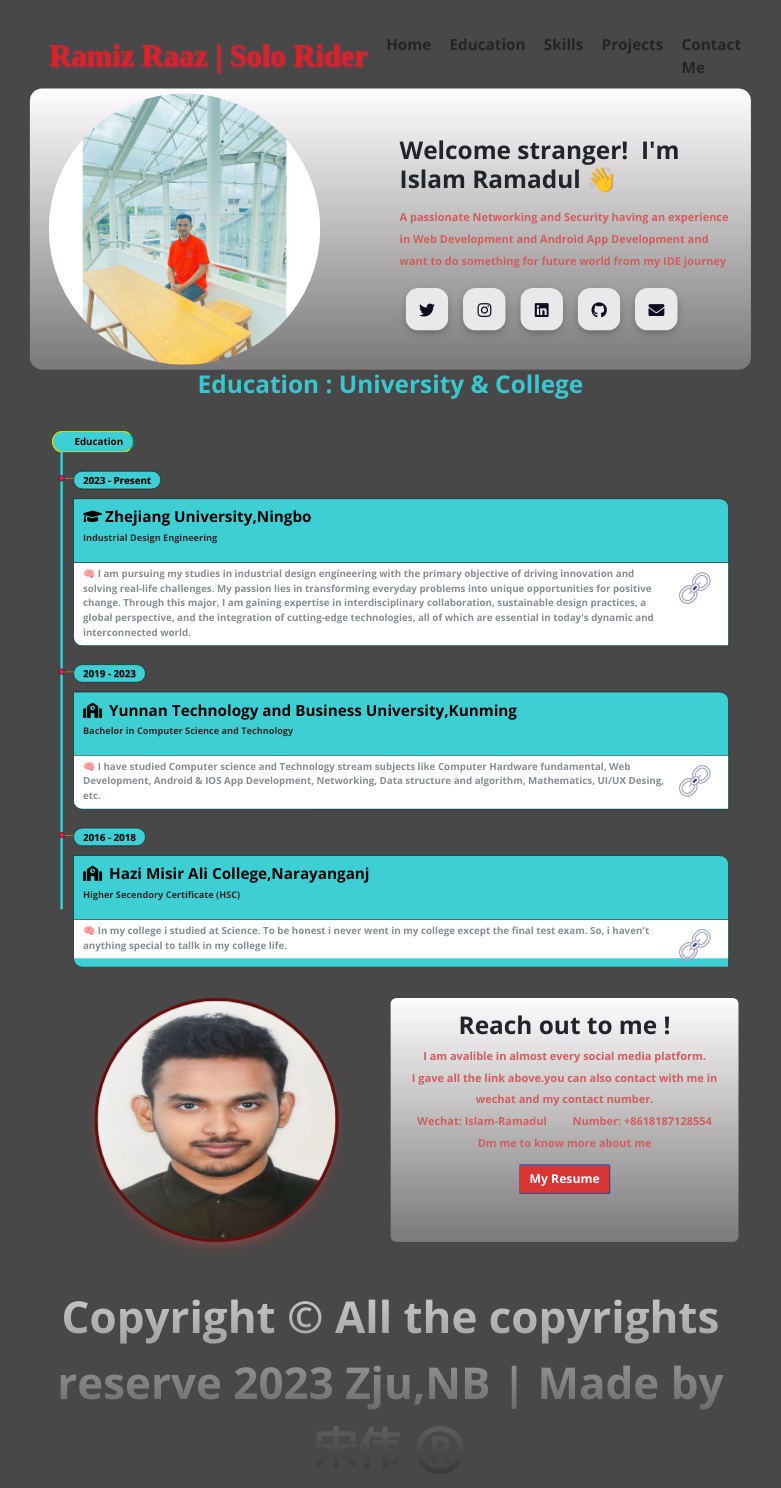
Repository: ramizraaz/ZjuProtfolio
Page: index.html
These files come from the project's save history. The page is drawn as it stood at one moment and after the next save; the edit follows.
The browser window is 1280 px wide. The pictures show the whole page, at 61% of full size.
Some web fonts or font styles are not loaded; a fallback is used. Some web libraries are served in a nearby version.

Above is the page before, as saved 2023-10-08 20:11:10.

### index.html
<!DOCTYPE html>
<html lang="en" dir="ltr">

<head>
    <meta charset="utf-8">
    <meta name="viewport" content="width=device-width,initial-scale=1">
    <title>宋伟's Profile | Personal website</title>
    <link rel="icon" href="Image/RR.png">
    <link rel="stylesheet" href="https://stackpath.bootstrapcdn.com/bootstrap/4.5.0/css/bootstrap.min.css" integrity="sha384-9aIt2nRpC12Uk9gS9baDl411NQApFmC26EwAOH8WgZl5MYYxFfc+NcPb1dKGj7Sk" crossorigin="anonymous">
    <link rel="stylesheet" href="style.css">
    <link href="https://fonts.googleapis.com/css2?family=Arizonia&family=Montserrat:wght@400;800&display=swap" rel="stylesheet">
    <link href="https://fonts.googleapis.com/css2?family=Open+Sans:wght@700&display=swap" rel="stylesheet">
    <link rel="stylesheet" href="https://use.fontawesome.com/releases/v5.4.1/css/all.css" />
    <link rel="stylesheet" href="https://cdnjs.cloudflare.com/ajax/libs/font-awesome/5.13.1/css/all.min.css">
    <script src="https://code.jquery.com/jquery-3.5.1.slim.min.js" integrity="sha384-DfXdz2htPH0lsSSs5nCTpuj/zy4C+OGpamoFVy38MVBnE+IbbVYUew+OrCXaRkfj" crossorigin="anonymous"></script>
    <script src="https://cdn.jsdelivr.net/npm/popper.js@1.16.0/dist/umd/popper.min.js" integrity="sha384-Q6E9RHvbIyZFJoft+2mJbHaEWldlvI9IOYy5n3zV9zzTtmI3UksdQRVvoxMfooAo" crossorigin="anonymous"></script>
    <script src="https://stackpath.bootstrapcdn.com/bootstrap/4.5.0/js/bootstrap.min.js" integrity="sha384-OgVRvuATP1z7JjHLkuOU7Xw704+h835Lr+6QL9UvYjZE3Ipu6Tp75j7Bh/kR0JKI" crossorigin="anonymous"></script>
</head>

<body class="container-fluid body_section">
    <header>
        <nav class="navbar navbar-expand-lg navbar-light ">
            <a class="navbar-brand brand-name" href="#">Ramiz Raaz | Solo Rider</a>
            <button class="navbar-toggler" type="button" data-toggle="collapse" data-target="#navbarSupportedContent" aria-controls="navbarSupportedContent" aria-expanded="false" aria-label="Toggle navigation">
                  <span class="navbar-toggler-icon"></span>
                </button>
            <div class="collapse navbar-collapse" id="navbarSupportedContent">
                <ul class="navbar-nav ml-auto">
                    <li class="nav-item">
                        <a class="nav-link headerachor" href="index.html">Home</a>
                    </li>

                    <li class="nav-item">
                        <a class="nav-link headerachor" href="#Education">Education</a>
                    </li>
                    <li class="nav-item">
                        <a class="nav-link headerachor" href="">Skills</a>
                    </li>
                    <li class="nav-item">
                        <a class="nav-link headerachor" href="">Projects</a>
                    </li>
                    <li class="nav-item">
                        <a class="nav-link headerachor" href="">Contact Me</a>
                    </li>
                </ul>
        </nav>
    </header>
    <!-- Intro Section -->
    <section id="Home">
        <div class="row column1">
            <div class="col-lg-6 col-md-6 first-image">
                <img class="boyimage" src="img/me.gif" alt="">
            </div>
            <div class="col-lg-6 section-1">
                <h1 class="Hello">Welcome stranger!&nbsp&nbspI'm Islam Ramadul <span class="wave">👋</span></h1>
                <p>A passionate Networking and Security having an experience in Web Development and Android App Development and want to do something for future world from my IDE journey</p>
                <div class=social_media_icon>
                    <a class="btn" href="https://twitter.com/ramiz_raaz" target=_blank>
                        <i class="fab fa-twitter"></i>
                    </a>
                    <a class="btn" href="https://www.instagram.com/ramiz_raaz/" target=_blank>
                        <i class="fab fa-instagram"></i>
                    </a>
                    <a class="btn" href="https://www.linkedin.com/" target=_blank>
                        <i class="fab fa-linkedin" aria-hidden="true"></i>
                    </a>
                    <a class="btn" href="https://github.com/ramizraaz" target=_blank>
                        <i class="fab fa-github"></i>
                    </a>
                    <a class="btn" href="mailto:romiz.romeo.raaz@gmail.com/" target=_blank>
                        <i class="fa fa-envelope"></i>
                    </a>
                </div>
            </div>
    </section>
    <!-- Education Section -->
    <section id="Education">
        <div class="container">
            <div class="Heading">
                <h1>Education : University & College</h1>
                <br>
            </div>
            <div class="timeline">
                <div class="timeline-month">
                    Education
                </div>
                <div class="timeline-section">
                    <div class="timeline-date">
                        2023 - Present
                    </div>
                    <div class="row">
                        <div class="col-lg">
                            <div class="timeline-box">
                                <div class="box-title">
                                    <i class="fas fa-graduation-cap" aria-hidden="true"></i>Zhejiang University,Ningbo
                                    <p class="degree">Industrial Design Engineering</p>
                                </div>
                                <div class="box-content">
                                    <a class="btn-sm  float-right" role="button" href="https://www.zju.edu.cn/english/" target=_blank><img src="img/BTN.png" alt="visit here"></a>
                                    <div class="box-item">🧠 I am pursuing my studies in industrial design engineering with the primary objective of driving innovation and solving real-life challenges. My passion lies in transforming everyday problems into unique opportunities
                                        for positive change. Through this major, I am gaining expertise in interdisciplinary collaboration, sustainable design practices, a global perspective, and the integration of cutting-edge technologies, all of which
                                        are essential in today's dynamic and interconnected world.</div>
                                </div>
                            </div>
                        </div>
                    </div>
                </div>

                <div class="timeline-section">
                    <div class="timeline-date">
                        2019 - 2023
                    </div>
                    <div class="row">
                        <div class="col-lg">
                            <div class="timeline-box">
                                <div class="box-title">
                                    <i class="fas fa-school" aria-hidden="true"></i> Yunnan Technology and Business University,Kunming
                                    <p class="degree">Bachelor in Computer Science and Technology</p>
                                </div>
                                <div class="box-content">
                                    <a class="btn-sm  float-right" role="button" href="https://www.ytbu.edu.cn/" target=_blank><img src="img/BTN.png" alt="visit here"></a>
                                    <div class="box-item ">🧠 I have studied Computer science and Technology stream subjects like Computer Hardware fundamental, Web Development, Android & IOS App Development, Networking, Data structure and algorithm, Mathematics, UI/UX Desing,
                                        etc.
                                    </div>

                                </div>
                            </div>
                        </div>
                    </div>
                </div>

                <div class="timeline-section ">
                    <div class="timeline-date ">
                        2016 - 2018
                    </div>
                    <div class="row ">
                        <div class="col-lg ">
                            <div class="timeline-box ">
                                <div class="box-title ">
                                    <i class="fas fa-school " aria-hidden="true "></i> Hazi Misir Ali College,Narayanganj
                                    <p class="degree "> Higher Secendory Certificate (HSC)</p>
                                </div>
                                <div class="box-content ">
                                    <a class="btn-sm float-right " role="button" href="http://hmuc.edu.bd/" target=_blank><img src="img/BTN.png" alt="visit here"></a>
                                    <div class="box-item ">🧠 In my college i studied at Science. To be honest i never went in my college except the final test exam. So, i haven't anything special to tallk in my college life.</div>
                                    <div class="box-item "><b>
                                </div>
                            </div>
                        </div>
                    </div>
                </div>
            </div>
        </div>
    </section>
<!-- Contact Section -->
<section id="contact">
    <div class="row first-section">
        <div class="col-lg-6 col-md-6">
            <img class = "Profilepic" src="img/me.jpg" alt="">
        </div>
        <div class="col-lg-6 col-md-6 context">
            <h1>Reach out to me !</h1>
            <p>I am avalible in almost every social media platform.<br>
                I gave all the link above.you can also contact with me in wechat and my contact number.<br>
                Wechat: Islam-Ramadul &nbsp; &nbsp; &nbsp; &nbsp; Number: +8618187128554 <br>Dm me to know more about me</p>
                <a href="ISLAM RAMADUL.pdf" target=_blank><button type="button" class=" btn-primary btn-lg Resume">My Resume</button></a>
         </div>
    </div>
    </section>

    <footer class=footer>Copyright &copy; All the copyrights reserve 2023 Zju,NB | Made by 宋伟 ®️</footer>
</body>

</html>

### style.css
body {
    font-family: 'Open Sans', sans-serif;
    margin: 0;
    background: #b1adad;
    animation: pulse 10s infinite;
}

@keyframes pulse {
    0% {
        background: #F2F2F2;
    }
    10% {
        background: #FFFFFF;
    }
    20% {
        background: #d6d6d6e2;
        ;
    }
    30% {
        background: #acacacd8;
    }
    40% {
        background: #6b6b6bcf;
    }
    50% {
        background: #484848;
    }
    60% {
        background: #292929c8;
    }
    70% {
        background: #2f2e2ebc;
    }
    80% {
        background: #242424bb;
    }
    90% {
        background: #1e1e1ef7;
    }
    100% {
        background: #a6a6a6;
    }
}

.body_section {
    padding: 3% 5% 1%;
}

p {
    font-size: 18px;
}

a {
    text-decoration: none;
}

@font-face {
    font-family: "Lovely Home";
    src: local('Lovely Home'), url("Image/LovelyHome-9aBZ.ttf") format('truetype');
}

.brand-name,
.navbar-light .navbar-brand {
    font-family: "Lovely Home";
    font-size: 50px;
    font-weight: bold;
    color: #d72525e4;
    text-shadow: 2px 2px 4px #e71f4a;
}

.headerachor {
    margin: 0 7px 0 7px;
    border-radius: 15px;
    font-size: 25px;
}

.headerachor:hover {
    background-color: #ffffff82;
}


/* Section 1 */

.column1 {
    background-image: linear-gradient(#fefcfe, #7a7878);
    padding: 8px 16px;
    border-radius: 20px;
}

.section-1 {
    margin-top: 6%;
    text-align: left;
    position: relative;
}

span.wave {
    animation-name: wave-animation;
    animation-duration: 2.5s;
    animation-iteration-count: infinite;
    transform-origin: 70% 70%;
    display: inline-block;
}

@keyframes wave-animation {
    0% {
        transform: rotate( 0.0deg)
    }
    10% {
        transform: rotate(-10.0deg)
    }
    20% {
        transform: rotate( 12.0deg)
    }
    30% {
        transform: rotate(-10.0deg)
    }
    40% {
        transform: rotate( 9.0deg)
    }
    50% {
        transform: rotate( 0.0deg)
    }
    100% {
        transform: rotate( 0.0deg)
    }
}

.boyimage {
    height: 445px;
    border-radius: 50%;
}

@media only screen and (max-width: 1183px) {
    .first-image {
        right: 160px;
    }
}

.Image-boy {
    text-align: center;
    align-items: center;
}

@media only screen and (min-width:951px) {
    .Image-boy {
        display: none;
    }
}

.Hello {
    margin-bottom: 20px;
}

p {
    line-height: 2;
    color: #d35d5d;
}

.btn {
    display: inline-block;
    width: 4.37rem;
    height: 4.37rem;
    background: #e9e9e9;
    padding: 0px 0px;
    margin: 10px;
    border-radius: 30%;
    box-shadow: 0 5px 15px -5px #00000070;
    color: #0f0d20;
    overflow: hidden;
    position: relative;
}

.btn i {
    line-height: 70px;
    font-size: 1.625rem;
    transition: 0.2s linear;
}

.btn:hover i {
    transform: scale(1.3);
    color: #f1f1f1;
}

.btn::before {
    content: "";
    position: absolute;
    width: 120%;
    height: 120%;
    background: #f37312;
    transform: rotate(45deg);
    left: -110%;
    top: 90%;
}

.btn:hover::before {
    animation: aaa 0.7s 1;
    top: -10%;
    left: -10%;
}

@media only screen and (max-width:470px) {
    .btn {
        width: 2.5rem;
        height: 2.5rem;
        margin: 7px;
    }
    .btn i {
        line-height: 40px;
        font-size: 1em;
    }
}


/* Education CSS */

.Heading {
    text-align: center;
    color: #3ac6ce;
}

.timeline {
    margin-top: 20px;
    position: relative;
}

.timeline:before {
    position: absolute;
    content: '';
    width: 4px;
    height: calc(100% - 100px);
    background: #3dcfd4;
    left: 14px;
    top: 5px;
    border-radius: 4px;
}

.timeline-month {
    color: black;
    position: relative;
    padding: 4px 15px 4px 35px;
    background-color: #3dcfd4;
    display: inline-block;
    width: auto;
    border-radius: 40px;
    border: 2px solid #c3e006;
    border-right-color: rgb(6, 193, 183);
    margin-bottom: 30px;
}

.timeline-section {
    padding-left: 35px;
    display: block;
    position: relative;
    margin-bottom: 30px;
}

.timeline-date {
    margin-bottom: 15px;
    padding: 2px 15px;
    background: #3dcfd4;
    position: relative;
    display: inline-block;
    border-radius: 20px;
    border: 1px solid #1b1717;
    color: black;
    text-shadow: 1px 1px 1px rgba(0, 0, 0, 0.3);
}

.timeline-section:before {
    content: '';
    position: absolute;
    width: 30px;
    height: 1px;
    background-color: #e89014;
    top: 12px;
    left: 20px;
}

.timeline-section:after {
    content: '';
    position: absolute;
    width: 10px;
    height: 10px;
    background: #f3155b;
    top: 7px;
    left: 11px;
    border: 1px solid #17191B;
    border-radius: 100%;
}

.timeline-box {
    position: relative;
    color: black;
    background-color: #3dcfd4;
    border-radius: 15px;
    border-top-left-radius: 0px;
    border-bottom-right-radius: 0px;
    border: 1px solid #17191B;
    transition: all 0.3s ease;
    overflow: hidden;
}

.box-icon {
    position: absolute;
    right: 5px;
    top: 0px;
}

.box-title {
    padding: 10px 15px;
    font-size: 25px;
    border-bottom: 1px solid #17191B;
}

.degree {
    font-size: 15px;
    color: #2b2b2b;
}

.box-title i {
    margin-right: 5px;
}

.box-content {
    padding: 5px 15px;
    background-color: white;
}

.box-item {
    margin-bottom: 5px;
    color: #868e96;
    font-weight: 400;
}

.certificate {
    padding-top: 20px;
}

.certificate-text {
    text-align: center;
}

.box-shadow {
    box-shadow: 5px 5px 5px #d9dbdf;
}


/* Contact style */

#contact {
    padding: 20px 20px 10px;
}

.first-section {
    text-align: center;
}

.Profilepic {
    border-radius: 100%;
    width: 400px;
    height: 400px;
    border: 5px solid;
    border-color: #660c0c;
    box-shadow: 0 10px 30px -15px rgba(230, 71, 71, 0.897);
    ;
}

.context {
    border-radius: 10px;
    background-image: linear-gradient(#fefcfe, #7a7878);
    text-align: center;
    padding-top: 20px;
}

.Resume {
    background-color: #d83535;
}

.Resume:hover {
    color: black;
    background-color: rgb(107, 230, 19);
}

footer {
    padding-top: 5%;
    text-align: center;
    font-size: 72px;
    background: -webkit-linear-gradient(#eee, #333);
    -webkit-background-clip: text;
    -webkit-text-fill-color: transparent;
}

After the next save:
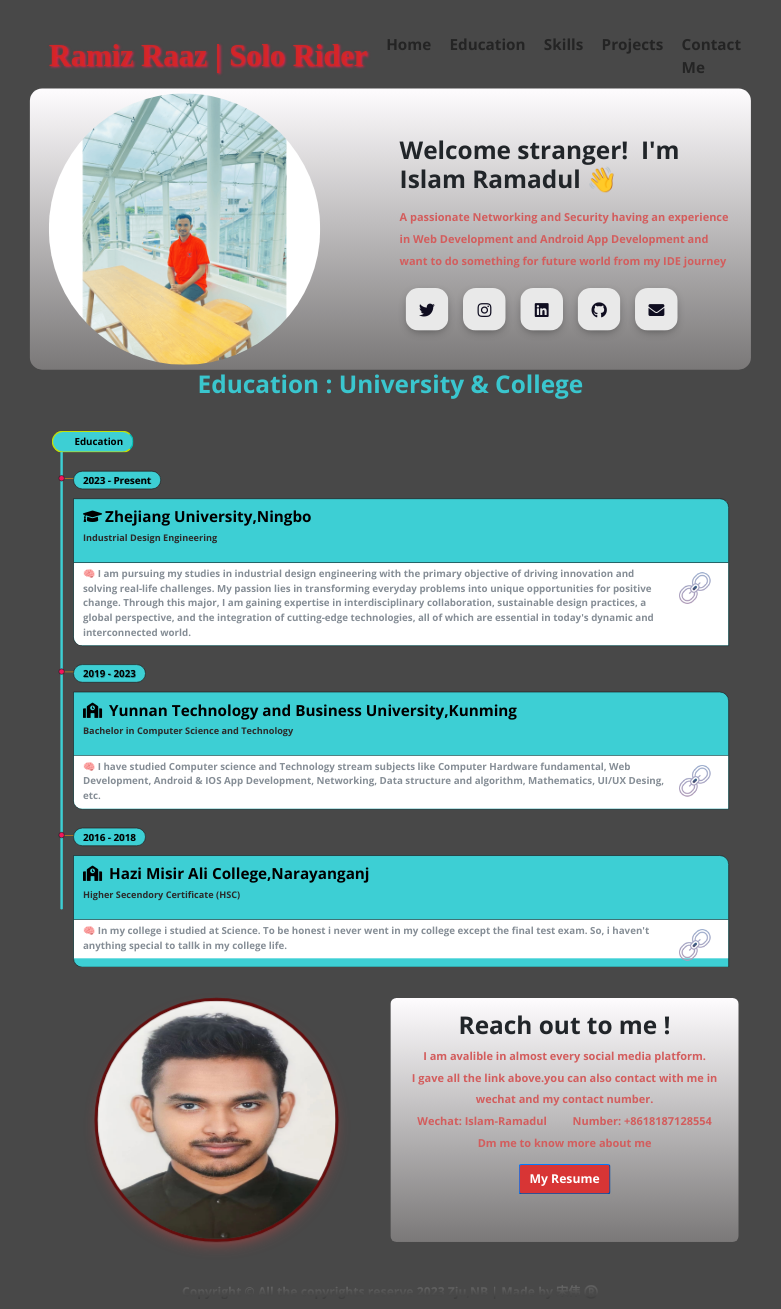
Saved 11 s later.
--- a/style.css
+++ b/style.css
@@ -384,7 +384,7 @@
 footer {
     padding-top: 5%;
     text-align: center;
-    font-size: 72px;
+    font-size: 20px;
     background: -webkit-linear-gradient(#eee, #333);
     -webkit-background-clip: text;
     -webkit-text-fill-color: transparent;
